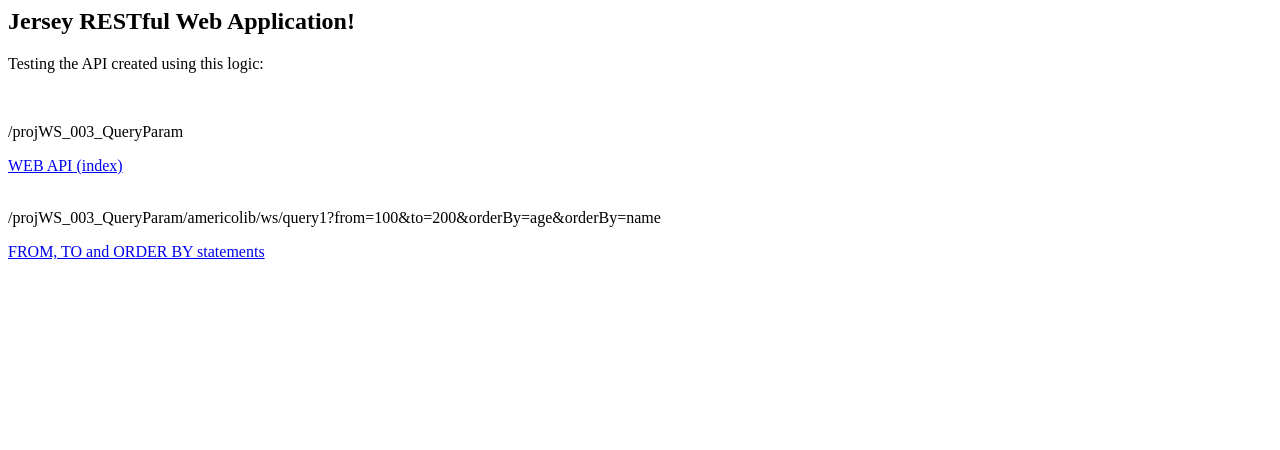
Repository: atafs/BackEnd_JAX-RS_REST_2continue
Page: http://localhost/projWS_003_QueryParam/
These files come from the project's save history. The page is drawn as it stood at one moment and after the next save; the edit follows.
The browser window is 1280 px wide. The pictures show the whole page.
The page is served by Tomcat 9.

Above is the page before, as saved 2016-05-02 09:49:39.

After the next save:
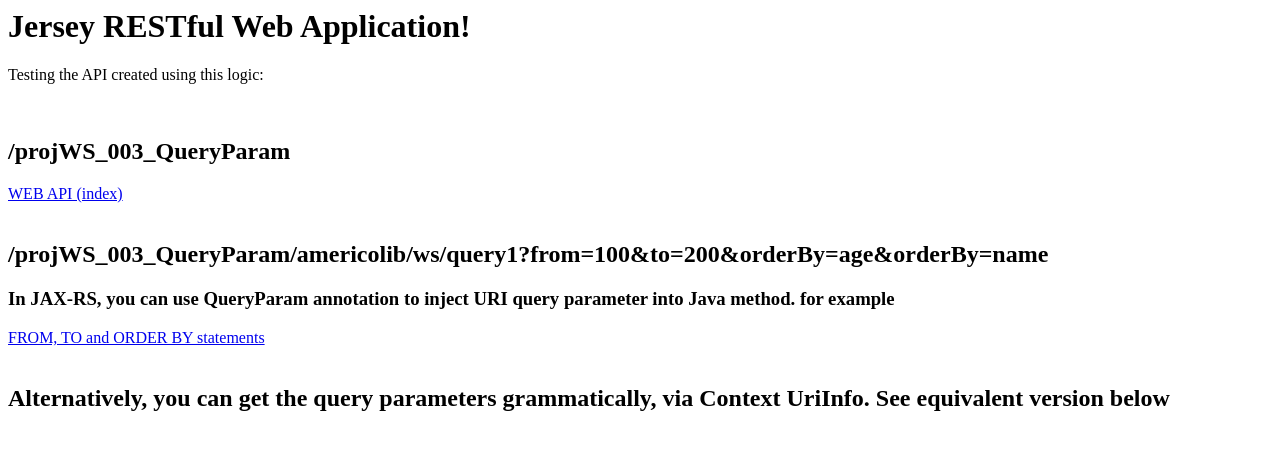
Saved 14 min 26 s later.
--- a/projWS_003_QueryParam/src/main/webapp/index.jsp
+++ b/projWS_003_QueryParam/src/main/webapp/index.jsp
@@ -1,18 +1,20 @@
 <html>
 <body>
     <!-- TITLE -->
-	<h2>Jersey RESTful Web Application!</h2>
+	<h1>Jersey RESTful Web Application!</h1>
 
 
 	<!-- IMAGE -->
 	<p>Testing the API created using this logic:</p><br/>
 
 	<!-- LINKS -->
-	<p>/projWS_003_QueryParam</p>
+	<h2>/projWS_003_QueryParam</h2>
 	<a href="http://localhost:8085/projWS_003_QueryParam/">WEB API (index)</a><br/><br/>
 
-	<p>/projWS_003_QueryParam/americolib/ws/query1?from=100&to=200&orderBy=age&orderBy=name</p>
+	<h2>/projWS_003_QueryParam/americolib/ws/query1?from=100&to=200&orderBy=age&orderBy=name</h2>
+	<h3>In JAX-RS, you can use QueryParam annotation to inject URI query parameter into Java method. for example</h3>
 	<a href="http://localhost:8085/projWS_003_QueryParam/americolib/ws/query1?from=100&to=200&orderBy=age&orderBy=name">FROM, TO and ORDER BY statements</a><br/><br/>
 
+	<h2>Alternatively, you can get the query parameters grammatically, via Context UriInfo. See equivalent version below</h2>
 </body>
 </html>
